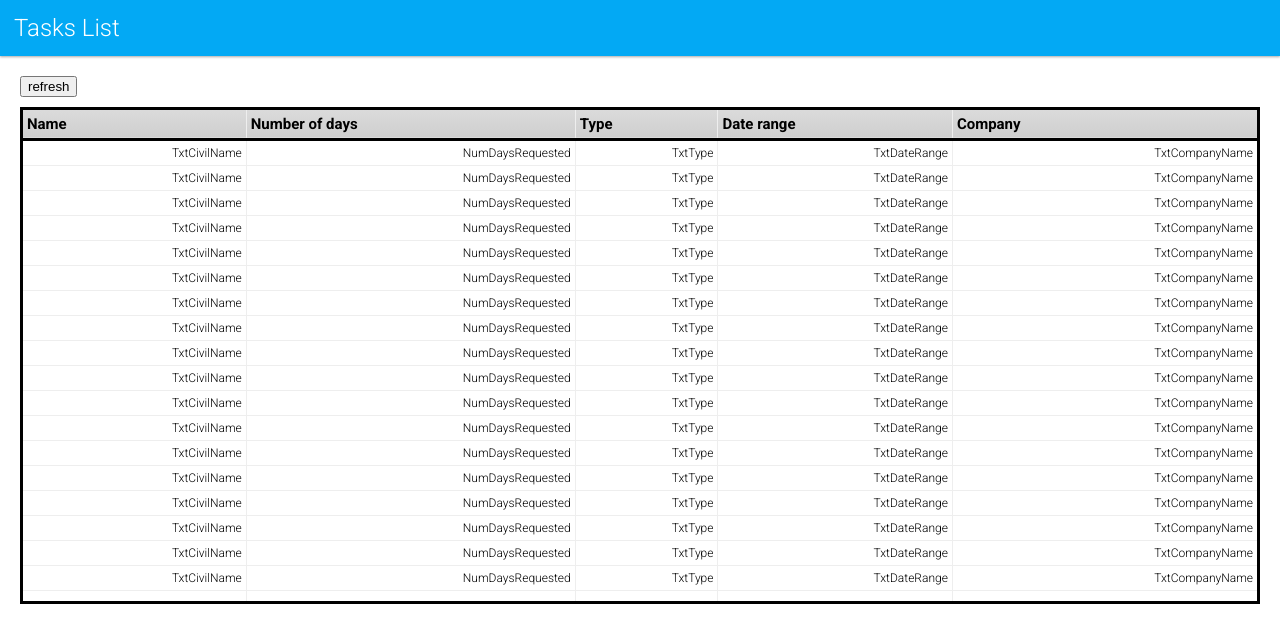
Repository: Megan74/Test-Vanilla-JS
Page: index.html
The author's editor kept a copy of each file at every save. The page is drawn from the files as they stood at one save, then again after the next save.
The browser window is 1280 px wide. The pictures show the whole page.

Above is the page before, as saved 2022-06-26 18:57:29.

After the next save:
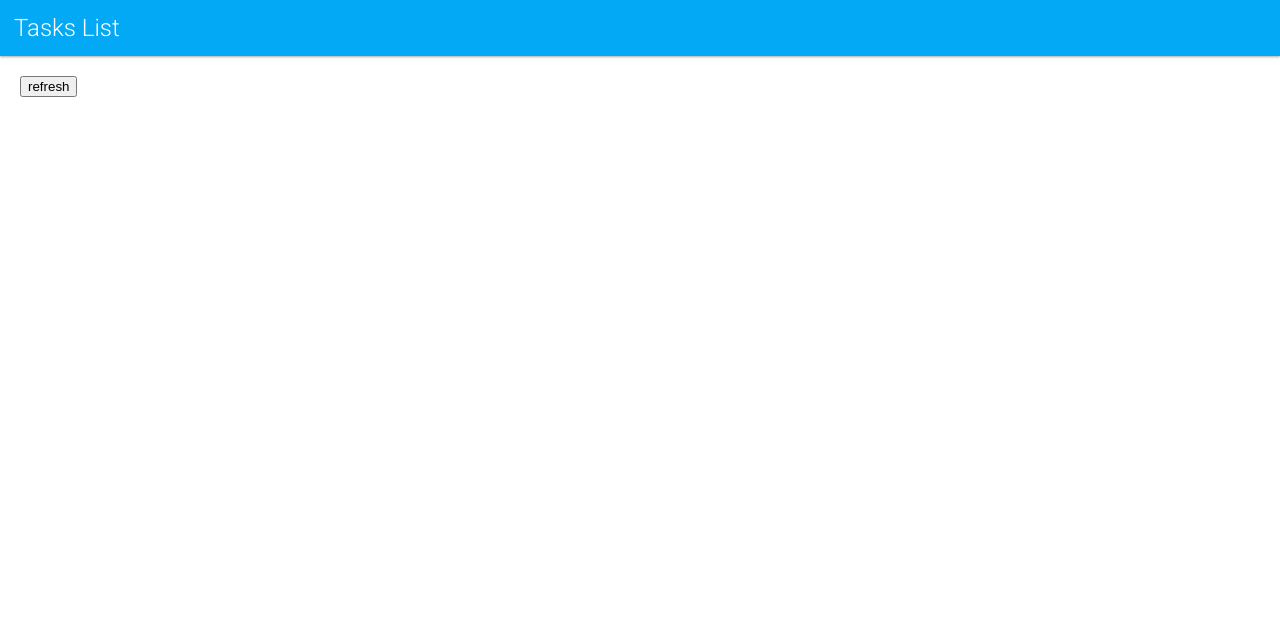
Console error: SyntaxError: Unexpected reserved word
Saved 3 min 7 s later.
--- a/js/main.js
+++ b/js/main.js
@@ -41,9 +41,9 @@
         });
     }
 
-    function getTasks(typeTranslations) {
+    async function getTasks(typeTranslations) {
         return dataService.getTasks().then((tasks) => {
-            var tasks = tasks.map(task => {
+            var tasks = await tasks.map(task => {
                 return getTaskItemFromXml(task, typeTranslations)
             });
             return tasks;

After the 6 saves that followed:
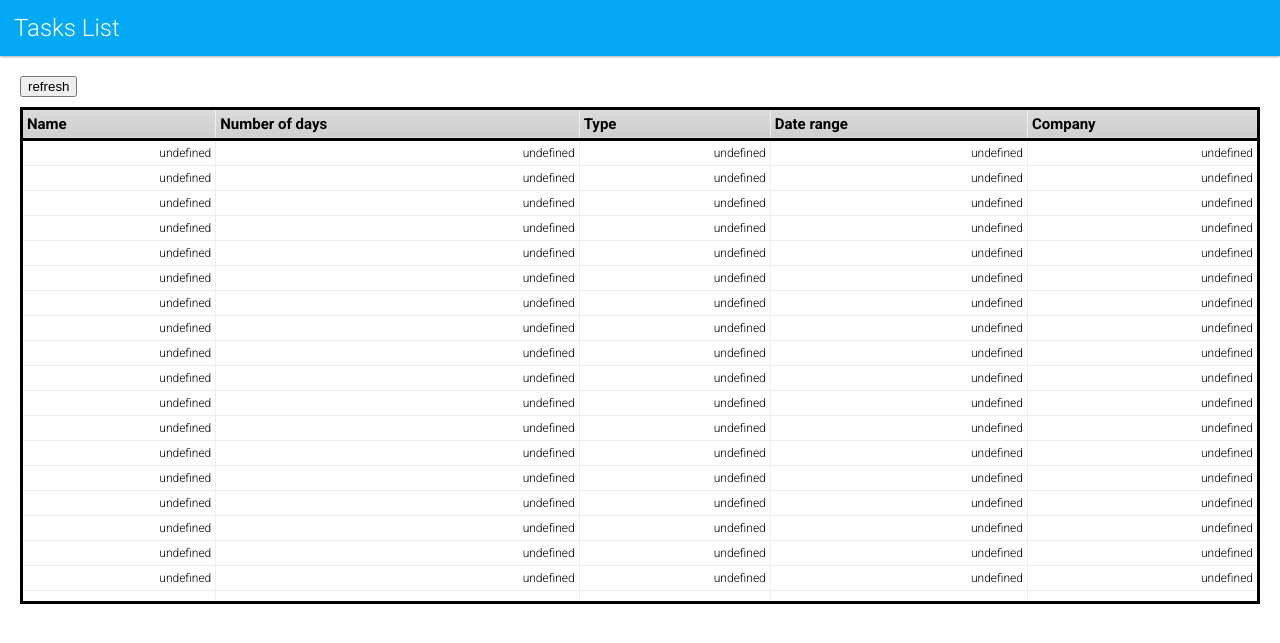
The error is gone.
The 6 saves are shown as one change because 5 left the picture as it was.
The last was saved 6 min 10 s later.
--- a/js/_components/tasks-table.component.js
+++ b/js/_components/tasks-table.component.js
@@ -98,15 +98,15 @@ window.TasksTableComponent = (function (window) {
         /**
          * Return the content of a line in HTML string
          *
-         *
+         *  @param task
          * @returns {HTMLTableSectionElement}
          */
-        function getLineElement() {
+        function getLineElement(task) {
             var columns = [];
 
             for (var i = 0; i < self.columns.length; i++) {
                 var col = self.columns[i];
-                columns.push(`<td>${col.property}</td>`);
+                columns.push(`<td>${task[col.property]}</td>`);
             }
 
             var tr = document.createElement('tr');
--- a/js/main.js
+++ b/js/main.js
@@ -17,33 +17,33 @@
         updateTable();
     }
 
-    function updateTable() {
+     function updateTable() {
         var isLoading = true;
         document.getElementById('dataTable').innerHTML = 'Loading...';
 
         return dataService.getTranslations().then(onTranslationsReady);
 
-        function onTranslationsReady(translations) {
+        async function onTranslationsReady(translations) {
             if(!translations){
                 translations = {types : {}};
             }
             getTasks(translations.types).then((tasks) => {
                 tasksTable.setTasks(tasks);
                 isLoading = false;
-                tasksTable.render(document.getElementById('dataTable'));
+                 tasksTable.render(document.getElementById('dataTable'));
             });
         }
     }
 
-    function updateCompanies() {
+    async function updateCompanies() {
         return dataService.getCompanies().then(function (companies) {
-            companiesList = companies;
+            companiesList =  companies;
         });
     }
 
     async function getTasks(typeTranslations) {
         return dataService.getTasks().then((tasks) => {
-            var tasks = await tasks.map(task => {
+            var tasks =  tasks.map(task => {
                 return getTaskItemFromXml(task, typeTranslations)
             });
             return tasks;
